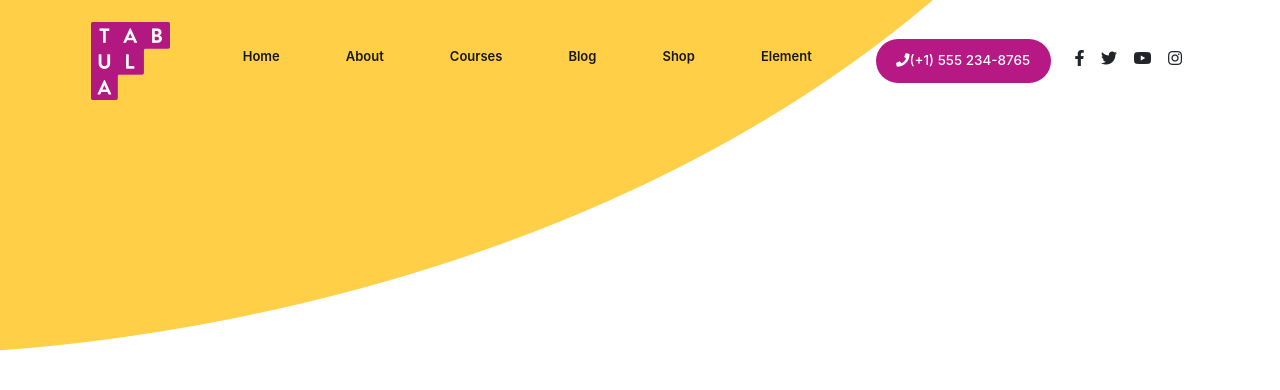
Repository: Khanh1234-glitch/TruongNguyenBaoKhanh_BC22_assignment__tabula
Page: Tabula/index.html
The author's editor kept a copy of each file at every save. The page is drawn from the files as they stood at one save, then again after the next save.
The browser window is 1280 px wide. The pictures show the whole page.
The style sheet was rebuilt from its Sass, Less or Tailwind sources for each picture, by a compiler version that may differ from the author's.

Above is the page before, as saved 2022-04-16 09:16:24.

After the next save:
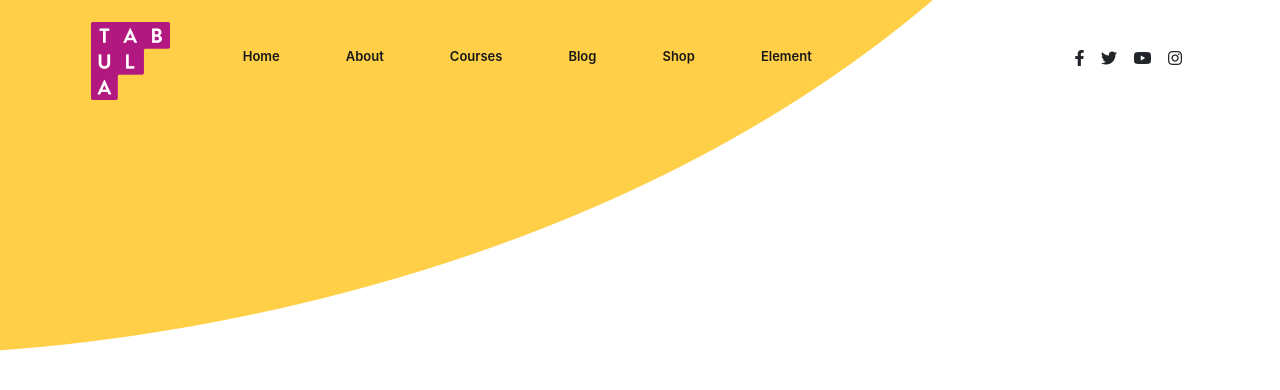
Saved 13 s later.
--- a/Tabula/Sass/Component/_button.scss
+++ b/Tabula/Sass/Component/_button.scss
@@ -15,6 +15,7 @@
                 text-align: center;
                 color: #fff;
                 border: none;
+                transform: scaleX(0);
                 transition: all 0.5s;
                 &:hover {
                     border: 1px solid $color3;

After the 3 saves that followed:
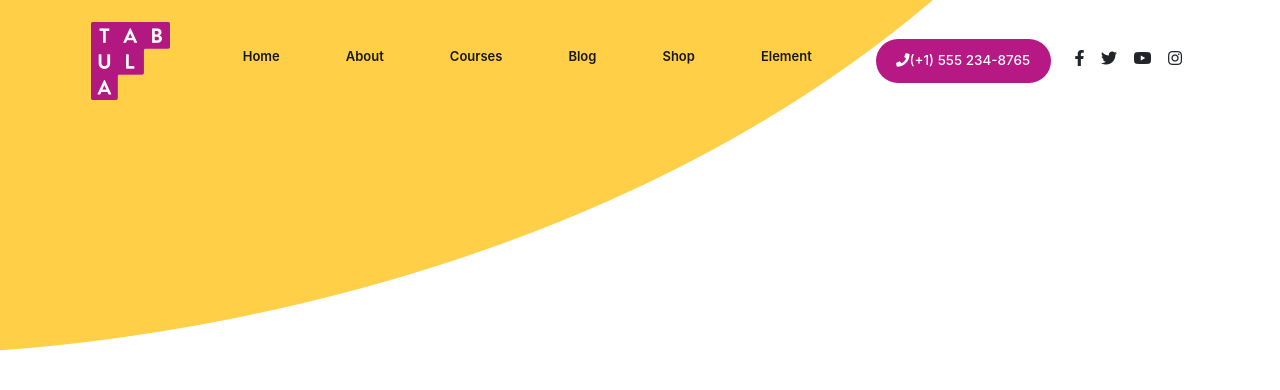
The 3 saves are shown as one change because 1 left the picture as it was and some came seconds apart.
The last was saved 13 s later.
--- a/Tabula/Sass/Component/_button.scss
+++ b/Tabula/Sass/Component/_button.scss
@@ -15,7 +15,6 @@
                 text-align: center;
                 color: #fff;
                 border: none;
-                transform: scaleX(0);
                 transition: all 0.5s;
                 &:hover {
                     border: 1px solid $color3;
